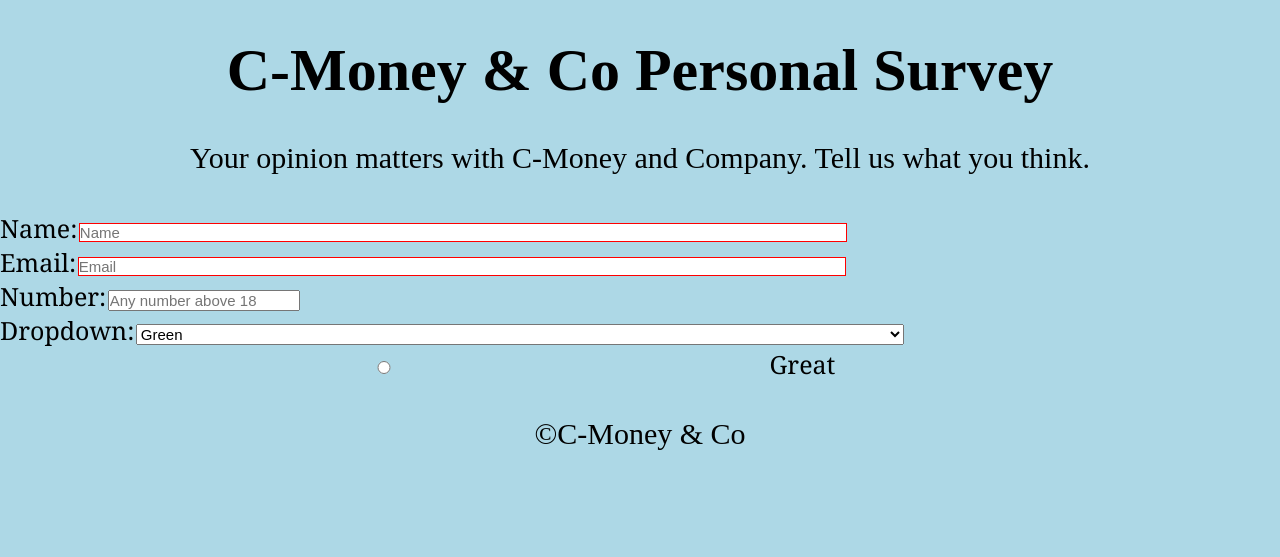
Repository: ctcoleman/surveyForm
Page: index.html
The author's editor kept a copy of each file at every save. The page is drawn from the files as they stood at one save, then again after the next save.
The browser window is 1280 px wide. The pictures show the whole page.

Above is the page before, as saved 2020-06-26 11:12:11.
Console error: TypeError: Cannot read properties of null (reading 'addEventListener')

### index.html
<!DOCTYPE html>
<html lang="en">

<!-- Head -->

<head>
  <meta name="description" content="Survey Form Example Project">
  <meta name="author" content="Christopher Coleman">
  <meta name="title" content="Survey Form Project">
  <meta name="keywords" content="Survey, Forms, HTML, CSS, Example, Project" <meta name="viewport"
    content="width=device-width, initial-scale=1.0">
  <meta charset="UTF-8">
  <link rel="stylesheet" type="text/css" href="/assets/stylesheets/index.css">
  <title>Survey Form Project</title>
</head>

<!-- Body -->

<body>


  <!-- Main Content-->
  <main id="main">

    <!-- Header -->
    <header id="titleHeading" class="heading">
      <h1 id="title">C-Money & Co Personal Survey</h1>
    </header>

    <!-- Description of Survey-->
    <section class="descriptionSection">
      <p id="description">Your opinion matters with C-Money and Company. Tell us what you think.</p>
    </section>

    <!-- Survey Form -->
    <form id="survey-form" class="formWrapper" action="#" method="post">
      <!-- Name -->
      <div class="nameEntery">
        <label for="name-label">Name:</label>
        <input type="text" id="name" name="user_name" placeholder="Name" required>
      </div>
      <!-- E-Mail -->
      <div class="emailEntery">
        <label for="email-label">Email:</label>
        <input type="email" id="email" name="user_email" placeholder="Email" required>
      </div>
      <!-- Number -->
      <div class="numberEntery">
        <label for="number-label">Number:</label>
        <input type="number" id="number" placeholder="Any number above 18" min="18" max="150">
      </div>
      <!-- Dropdown -->
      <div class="dropdownEntery">
        <label for="dropdown-label">Dropdown:</label>
        <select type="dropdown" id="dropdown" placeholder="Select from the following" required>
          <option value="Green">Green</option>
          <option value="Blue">Blue</option>
          <option value="Red">Red</option>
          <option value="Yellow">Yellow</option>
          <option value="Salmon">Salmon</option>
          <option value="Purple">Purple</option>
      </div>
      <!-- Radio Buttons -->
      <div class="radioButtons">
        <input type="radio" id="radioGreat" name="radio" value="Great">
        <label for="radioGreat">Great</label>
      </div>
    </form>

    <!-- Footer -->
    <footer>
      <p>&copy;C-Money & Co</p>
    </footer>
  </main>

  <script>
    const btn = document.querySelector('button');
    const txt = document.querySelector('p')

    btn.addEventListener('click', updateBtn);

    function updateBtn() {
      if (btn.textContent === 'I am a button') {
        btn.textContent = 'I am a new button';
        txt.textContent = 'New Lorem Ipsum';
      } else {
        btn.textContent = 'I am a button';
        txt.textContent = 'Lorem Ipsum'
      }
    }
  </script>
  <script>url('https://cdn.freecodecamp.org/testable-projects-fcc/v1/bundle.js')</script>
</body>

</html>

### assets/stylesheets/index.css
* {
  margin: 0;
  padding: 0;
  outline: 0;
  box-sizing: border-box;
  font-size: 62.5%;
}

html {
 background: lightblue;
 color: black;
 -webkit-font-smoothing: antialiased;
}

h1 {
  font-size: 6rem;
  text-align: center;
  margin: 5vh 3vw;
}

p {
  font-size: 3rem;
  text-align: center;
  margin: 5vh 3vw;
}

input,
select {
  font-size: 1.5rem;
  width: 60vw;
}
#number {
  width: 15vw;
}
input:required {
  border: 1px solid red;
}

label {
  font-size: 2.5rem;
  font-family: Georgia, 'Times New Roman', Times, serif;
}

select option {
  font-size: 1.5rem;
}

After the next save:
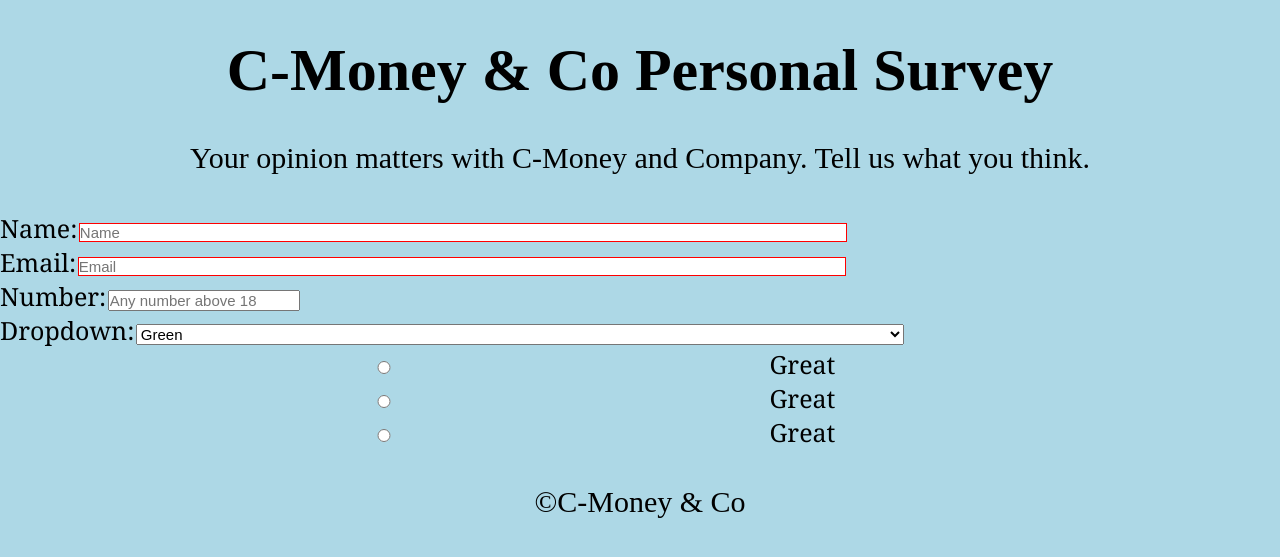
Saved 20 s later.
--- a/index.html
+++ b/index.html
@@ -64,6 +64,10 @@
       <div class="radioButtons">
         <input type="radio" id="radioGreat" name="radio" value="Great">
         <label for="radioGreat">Great</label>
+        <input type="radio" id="radioGreat" name="radio" value="Great">
+        <label for="radioGreat">Great</label>
+        <input type="radio" id="radioGreat" name="radio" value="Great">
+        <label for="radioGreat">Great</label>
       </div>
     </form>
 
